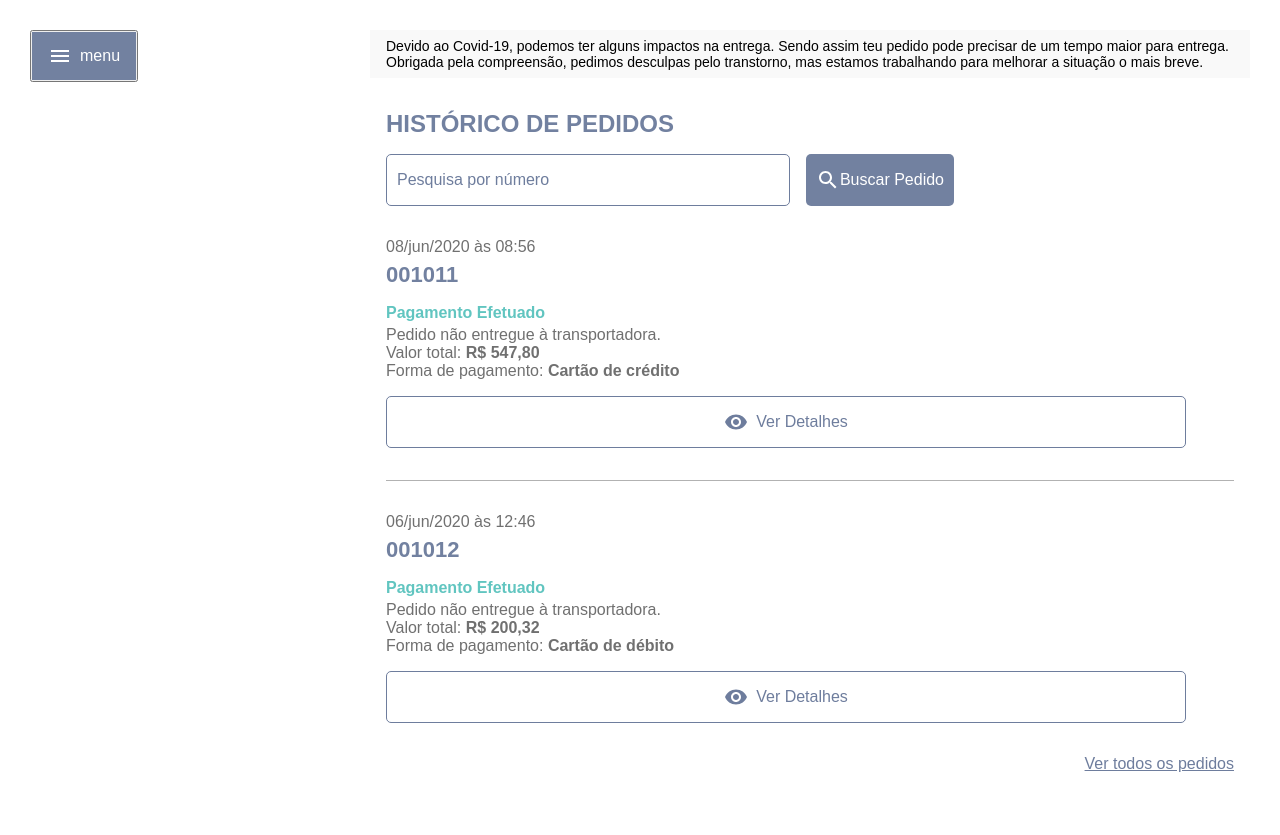
Repository: indiamarasiqueira/gestao-produto
Page: /
An editor plug-in stored every save of this project. The page is shown before and after the next save, followed by the edit.
The browser window is 1280 px wide. The pictures show the whole page.
The project was rebuilt for these pictures with package versions that can differ from the ones it lists, and the page was loaded fresh each time. Also part of the build but not shown: src/pages/generic/style.js, src/pages/generic/index.js, src/components/ModalMenu/index.js.

Above is the page before, as saved 2020-07-07 11:02:52.

After the next save:
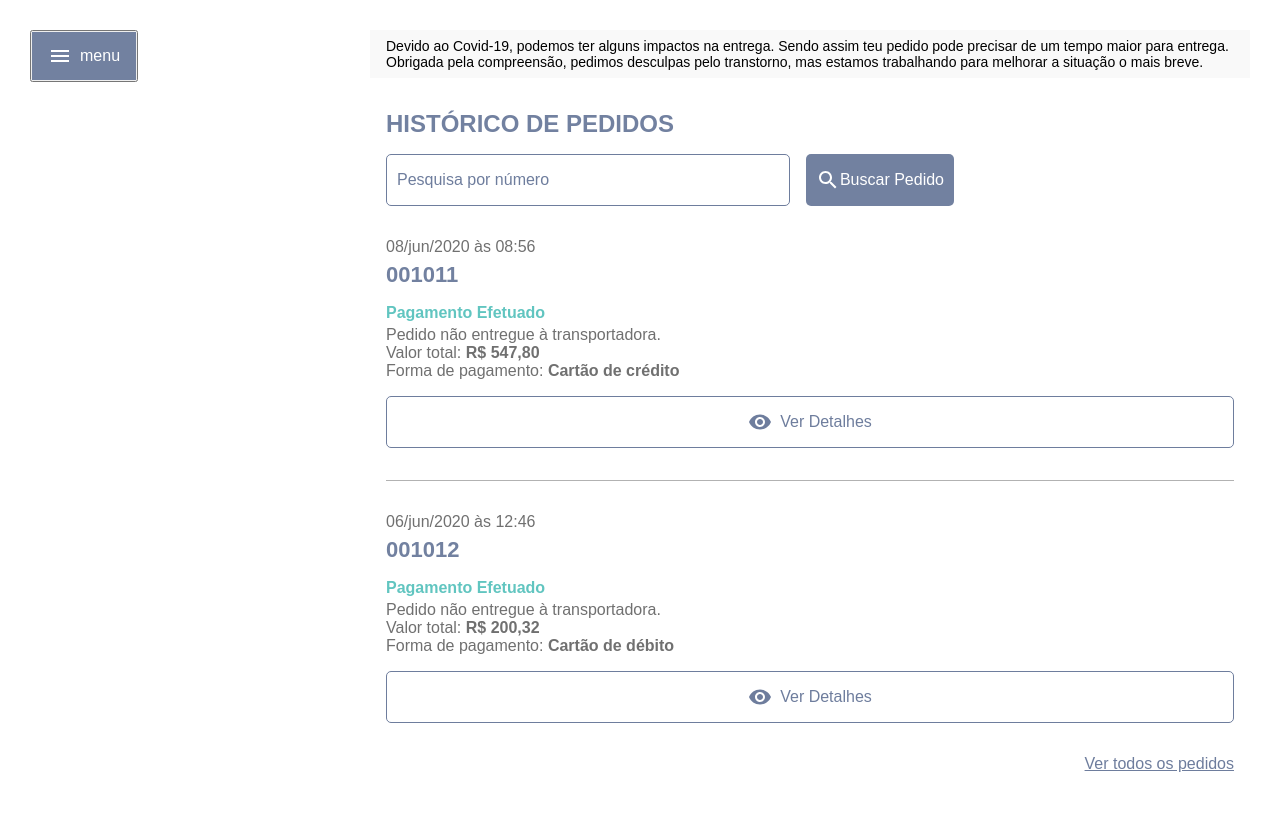
Saved 25 s later.
--- a/src/components/Order/style.js
+++ b/src/components/Order/style.js
@@ -27,7 +27,7 @@ export const OrderId = styled.p`
   font-weight: bold;
 `;
 export const OrderBox = styled.div`
-  max-width: 800px;
+  min-width: 800px;
 `;
 export const OrderInfo = styled.div`
   flex: 1;
